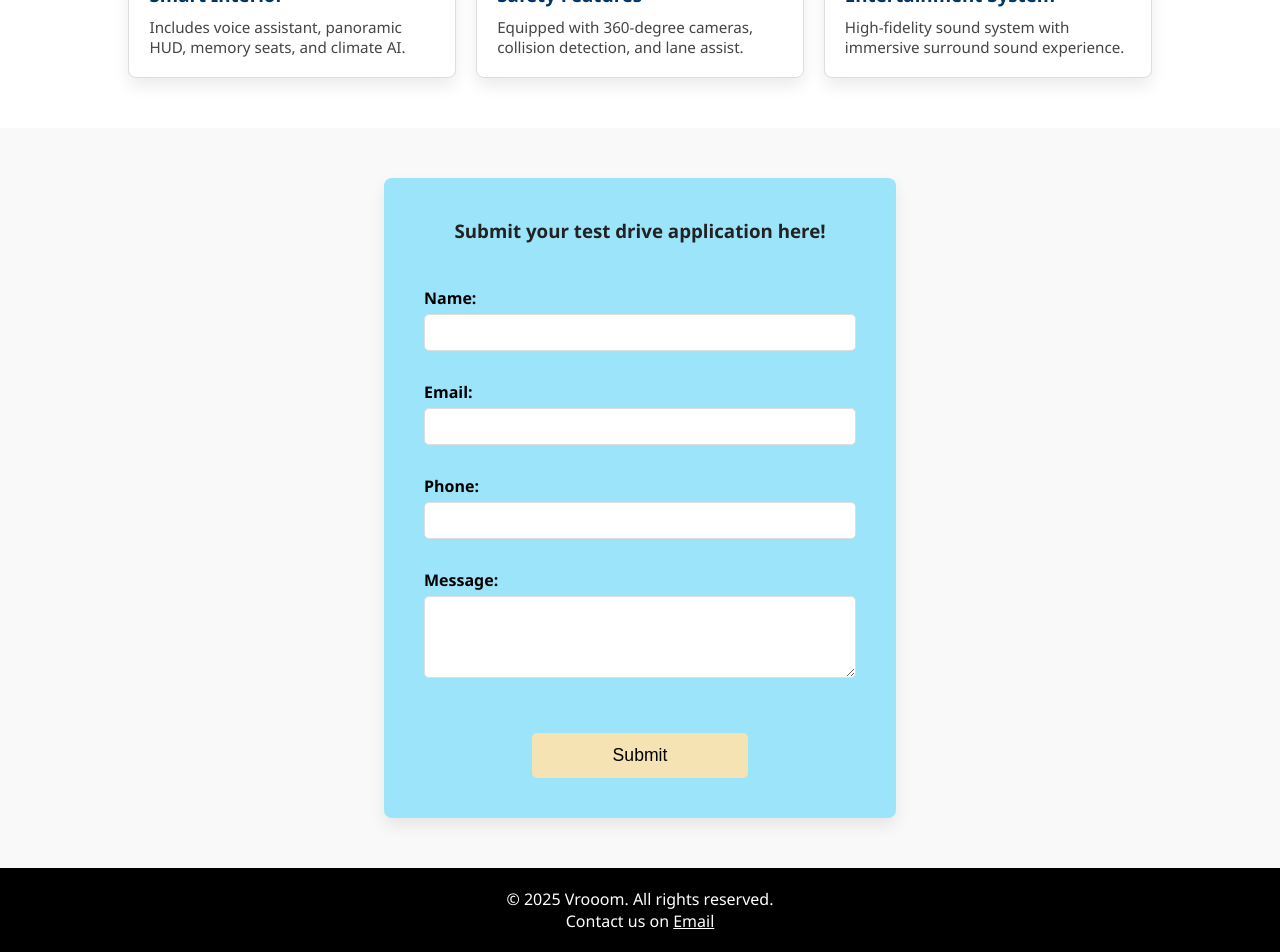
Repository: JiaheSu22/vrooom-responsive-main
Page: index.html
These files come from the project's save history. The page is drawn as it stood at one moment and after the next save; the edit follows.
The browser window is 1280 px wide. The pictures show the part of the page from y = 940 to 1892 px (the page is 1892 px tall).
A picture or video elsewhere on the page could not be fetched, so the positions and the page height are approximate.

Above is the page before, as saved 2025-04-11 16:00:05.

After the next save:
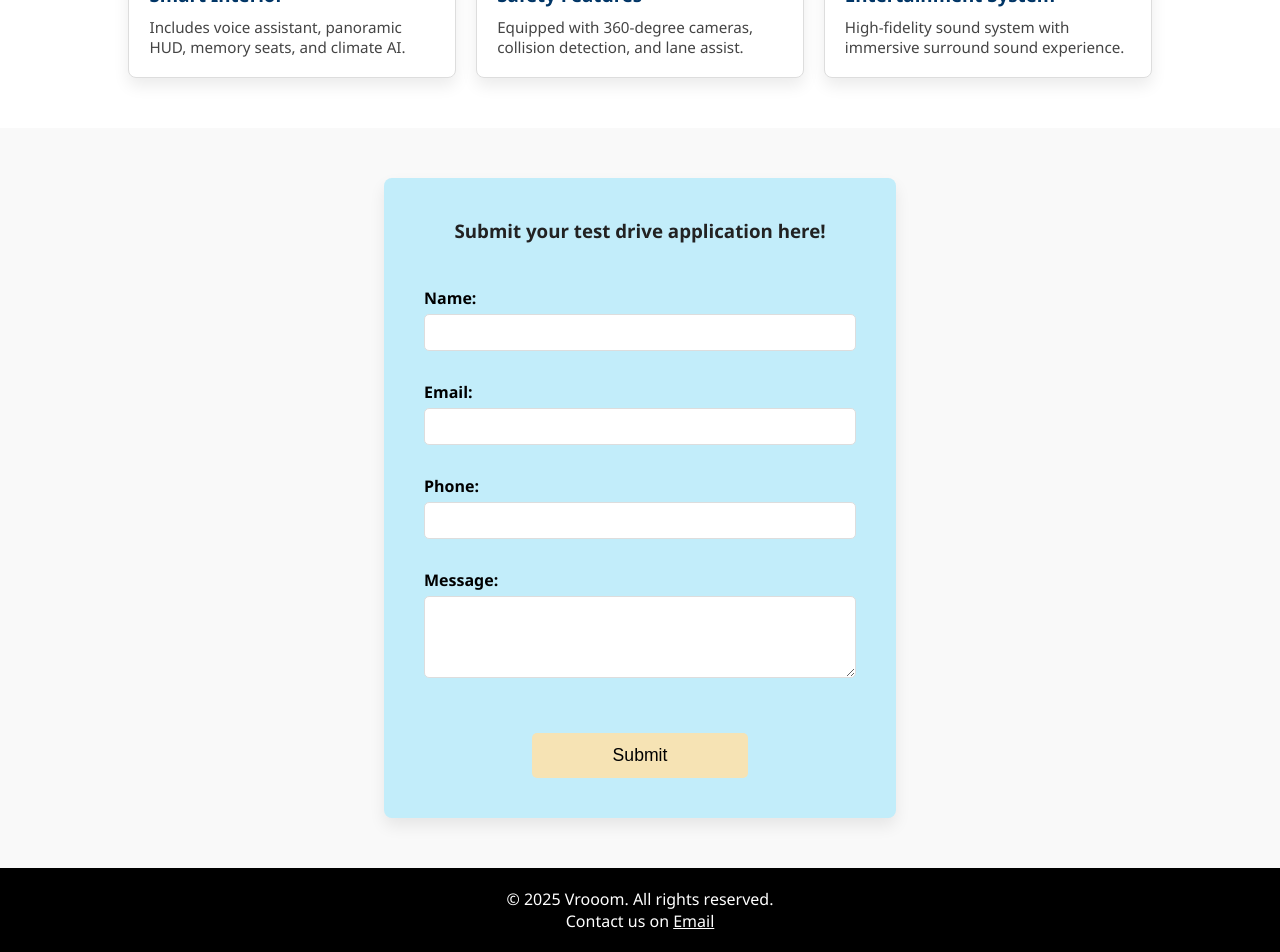
Saved 42 s later.
--- a/index.html
+++ b/index.html
@@ -160,7 +160,7 @@
     .form-section form {
       display: flex;
       flex-direction: column;
-      background: rgb(155, 228, 250);
+      background: rgb(194, 237, 250);
       border-radius: 8px;
       box-shadow: 0 8px 16px rgba(0, 0, 0, 0.08);
       width: 50%;
